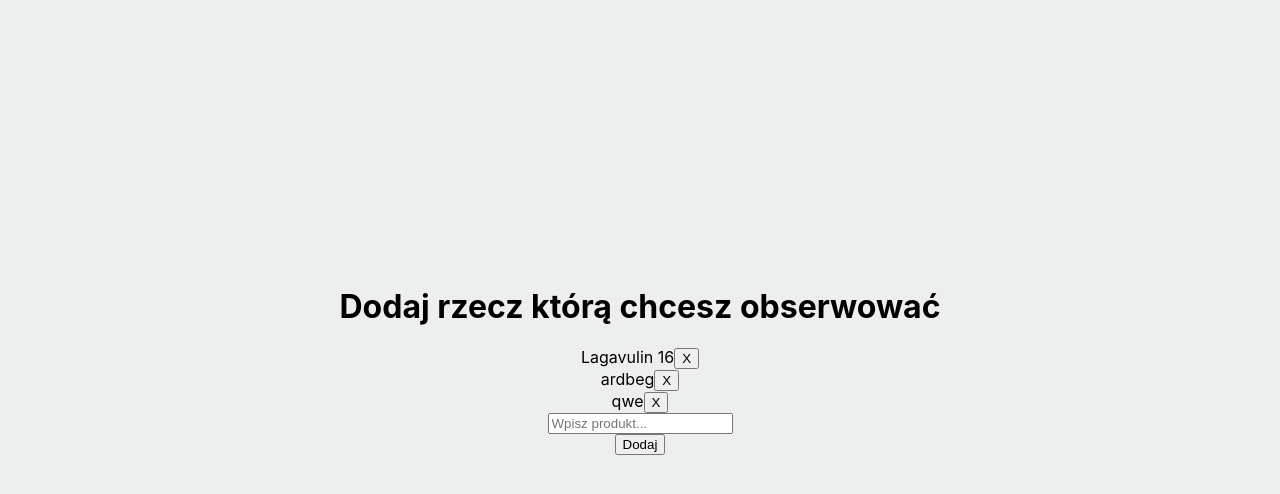
Repository: matedoo/crawler
Page: /MainApp
The author's editor kept a copy of each file at every save. The page is drawn from the files as they stood at one save, then again after the next save.
The browser window is 1280 px wide. The pictures show the whole page.
The project was rebuilt for these pictures with package versions that can differ from the ones it lists, and the page was loaded fresh each time. Requests to the local data server were answered from the project's data file. Also part of the build but not shown: src/Components/button.js, src/Components/LoginComponents/LoginApp.js, src/Components/LoginComponents/RegisterApp.js, src/Components/btnContainer.js, src/Components/heading.js, src/Components/LoginComponents/StartApp.js.

Above is the page before, as saved 2020-04-28 21:46:29.

After the next save:
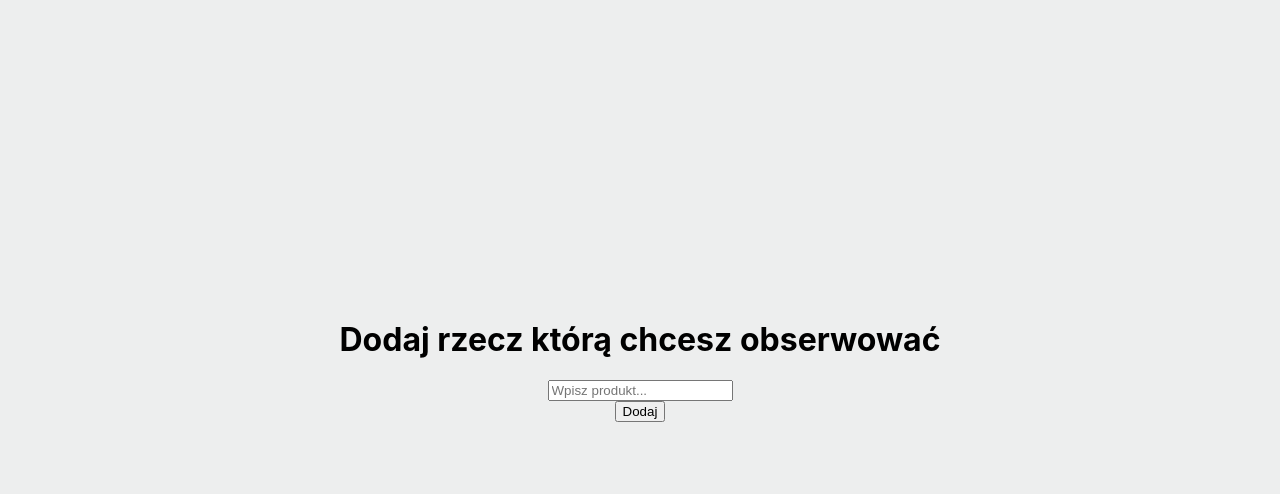
Saved 69 s later.
--- a/src/Components/MainApp/MainApp.js
+++ b/src/Components/MainApp/MainApp.js
@@ -75,14 +75,14 @@
     return (
       <LoginAppStyled>
         <h1>Dodaj rzecz którą chcesz obserwować</h1>
-        {fetchedData.map((element) => (
+        {/* {fetchedData.map((element) => (
           <MainAppElement
             key={element}
             value={element.id}
             element={element.title}
             // handleCloseClick={handleElementRemove}
           />
-        ))}
+        ))} */}
         <input
           name='listelemt'
           placeholder='Wpisz produkt...'

After the 3 saves that followed:
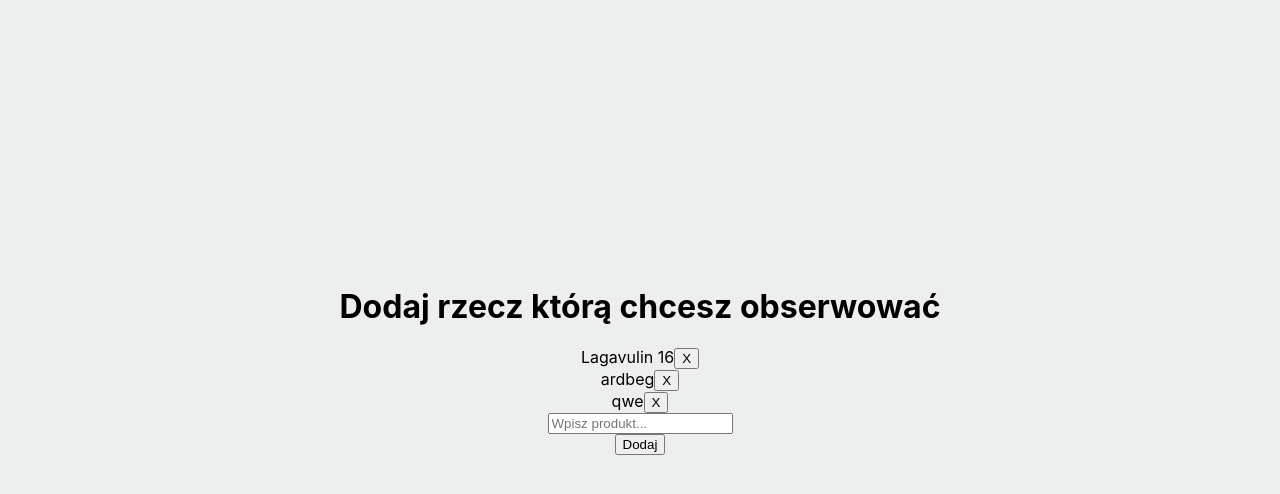
The 3 saves are shown as one change because 2 left the picture as it was.
The last was saved 3 min 39 s later.
--- a/src/Components/MainApp/MainApp.js
+++ b/src/Components/MainApp/MainApp.js
@@ -50,23 +50,24 @@
 
   }
   const handleButtonClick = () => {
-    setFetchedData({inputValue})
+    // setFetchedData({inputValue})
+
     // const { elementsList } = elementsListState;
     // console.log(elementsList)
-    // fetch('http://localhost:4000/items', {
-    //     method: 'POST', // or 'PUT'
-    //     headers: {
-    //       'Content-Type': 'application/json',
-    //     },
-    //     body: JSON.stringify(elementsList),
-    //   })
-    //   .then((response) => response.json())
-    //   .then((data) => {
-    //     console.log('Success:', data);
-    //   })
-    //   .catch((error) => {
-    //     console.error('Error:', error);
-    //   });
+    fetch('http://localhost:4000/items', {
+        method: 'POST', // or 'PUT'
+        headers: {
+          'Content-Type': 'application/json',
+        },
+        body: JSON.stringify(inputValue),
+      })
+      .then((response) => response.json())
+      .then((data) => {
+        console.log('Success:', data);
+      })
+      .catch((error) => {
+        console.error('Error:', error);
+      });
 
 
   }
@@ -75,14 +76,14 @@
     return (
       <LoginAppStyled>
         <h1>Dodaj rzecz którą chcesz obserwować</h1>
-        {/* {fetchedData.map((element) => (
+        {fetchedData.map((element) => (
           <MainAppElement
             key={element}
             value={element.id}
             element={element.title}
             // handleCloseClick={handleElementRemove}
           />
-        ))} */}
+        ))}
         <input
           name='listelemt'
           placeholder='Wpisz produkt...'
